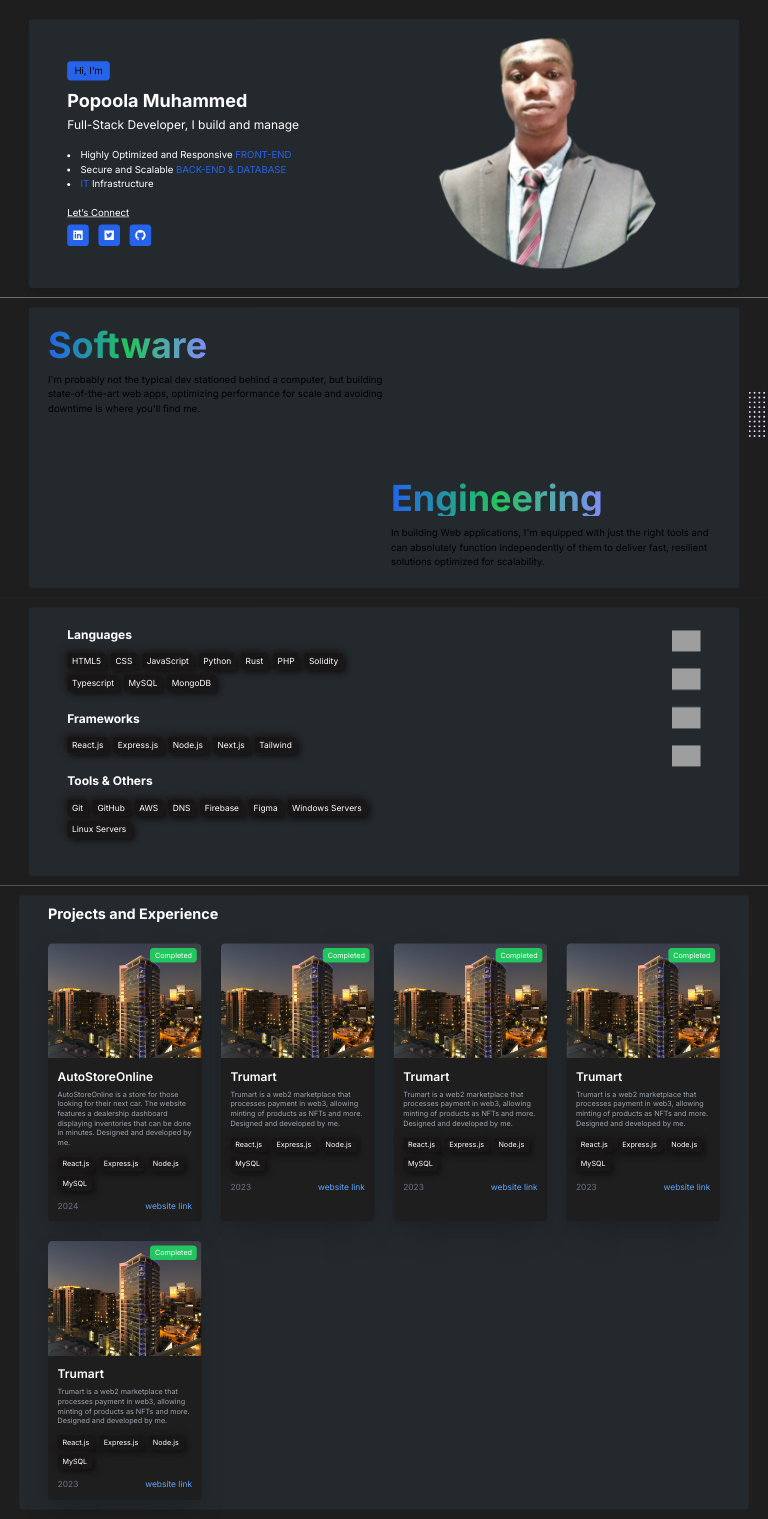
Repository: muhammedctgr/hammedctgr
Page: /
These files come from the project's save history. The page is drawn as it stood at one moment and after the next save; the edit follows.
The browser window is 1280 px wide. The pictures show the whole page, at 60% of full size.
Pictures or frames that could not be fetched are drawn as grey boxes. The project was rebuilt for these pictures with package versions that can differ from the ones it lists, and the page was loaded fresh each time. The framework's server and built-in components were replaced by stand-ins that run in the browser. Also part of the build but not shown: next.config.mjs.

Above is the page before, as saved 2024-08-06 23:04:02.

After the next save:
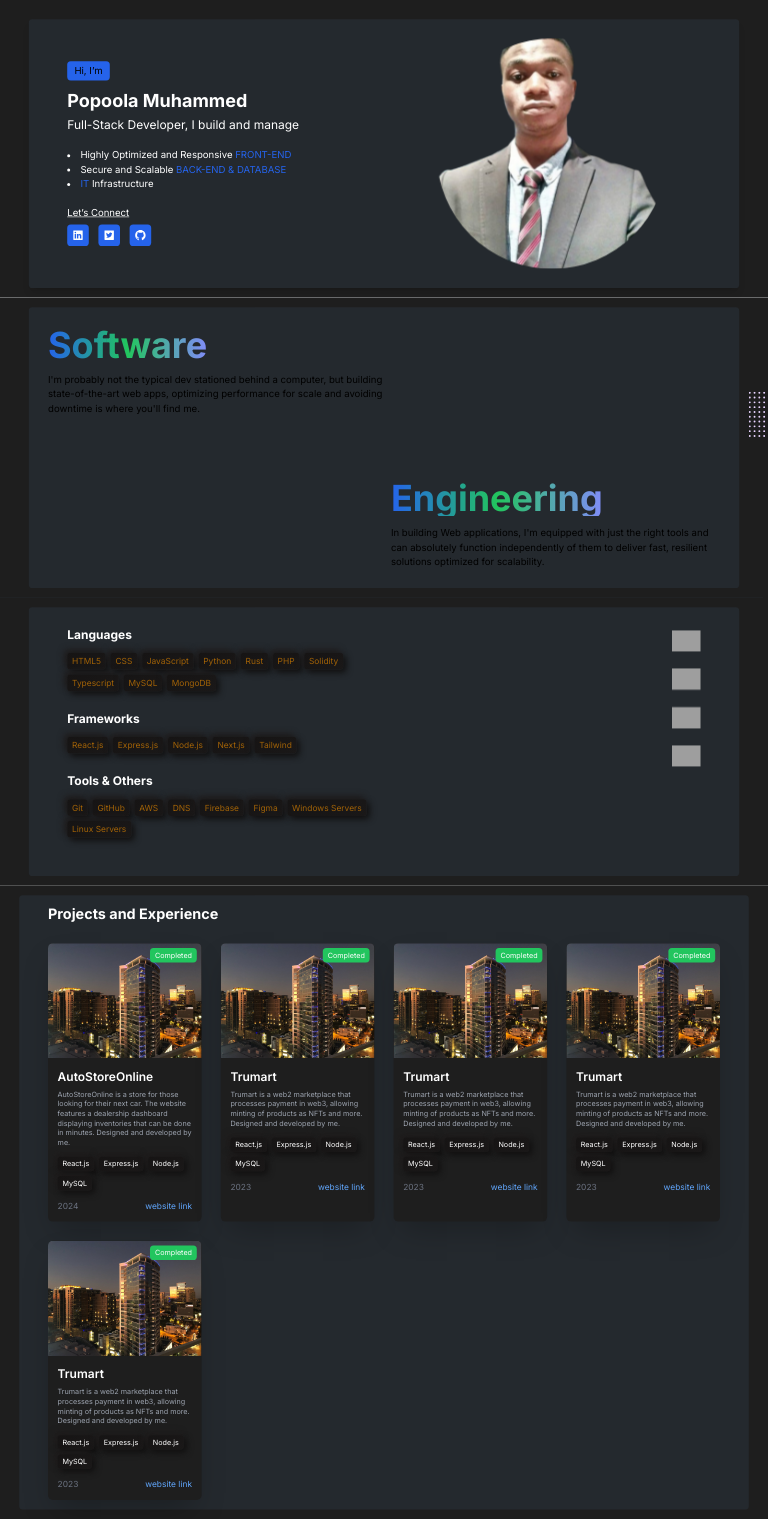
Saved 11 s later.
--- a/components/SkillsSection.tsx
+++ b/components/SkillsSection.tsx
@@ -67,7 +67,7 @@ const SkillsSection: FC = () => {
             {category.skills.map((skill) => (
               <span
                 key={skill.name}
-                className={`px-2 py-1 rounded-md text-sm neumorph text-w `}
+                className={`px-2 py-1 rounded-md text-sm neumorph text-yellow-700 `}
               >
                 {skill.name}
               </span>

After the 2 saves that followed:
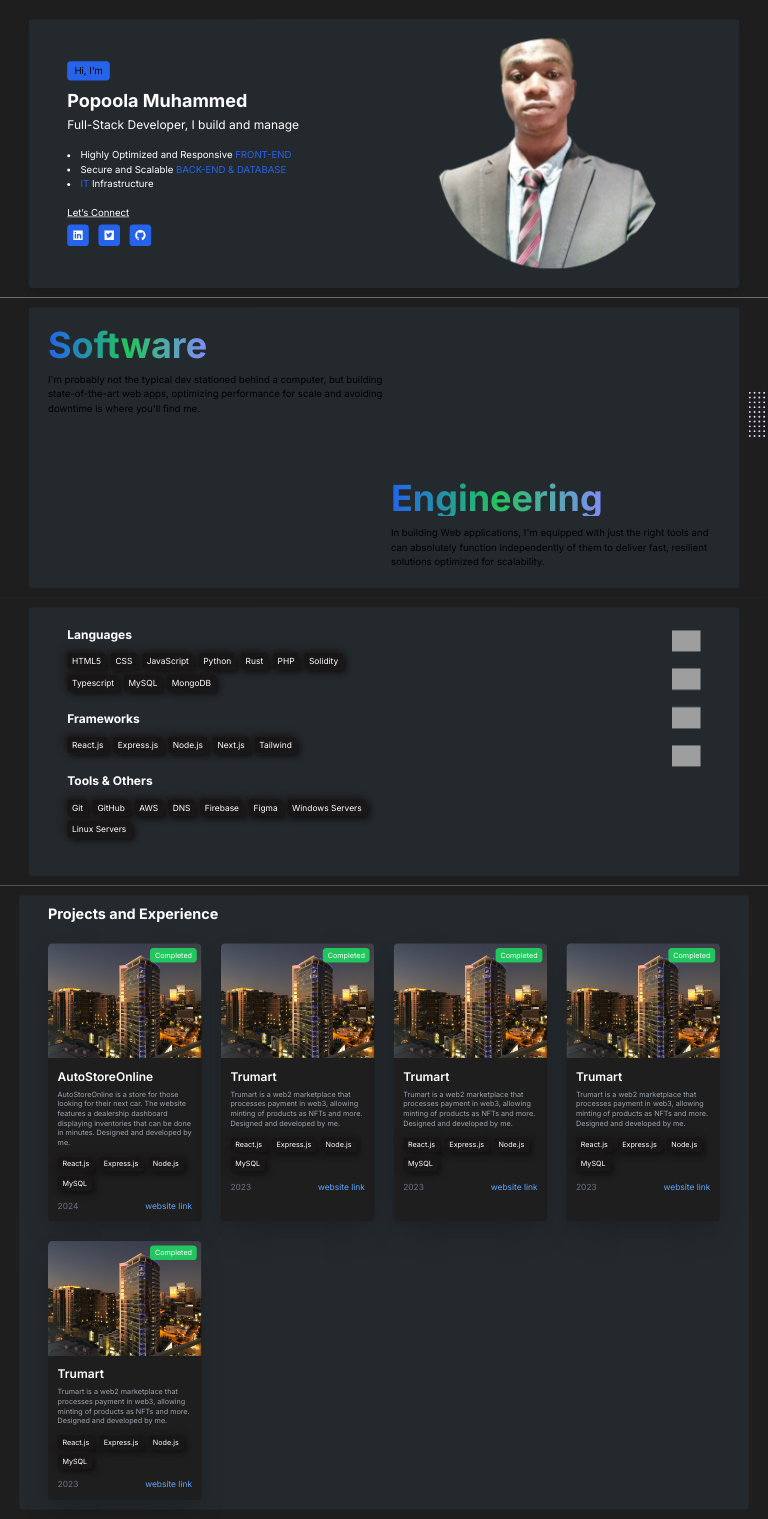
The 2 saves are shown as one change because they came seconds apart.
The last was saved 40 s later.
--- a/components/SkillsSection.tsx
+++ b/components/SkillsSection.tsx
@@ -67,7 +67,7 @@ const SkillsSection: FC = () => {
             {category.skills.map((skill) => (
               <span
                 key={skill.name}
-                className={`px-2 py-1 rounded-md text-sm neumorph text-yellow-700 `}
+                className={`px-2 py-1 rounded-md text-sm neumorph text-ye `}
               >
                 {skill.name}
               </span>
